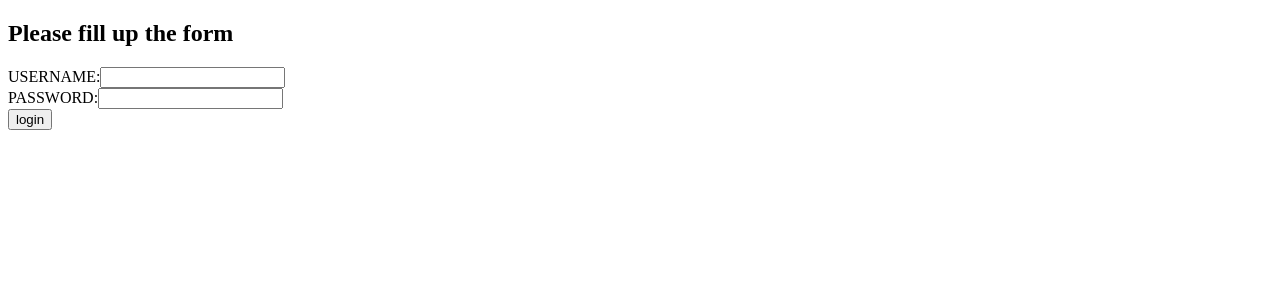
Repository: ShashantNagpure/AllProjects
Page: http://localhost/BookApplication/addBook.jsp
The author's editor kept a copy of each file at every save. The page is drawn from the files as they stood at one save, then again after the next save.
The browser window is 1280 px wide. The pictures show the whole page.
The page is served by Tomcat 9.

Above is the page before, as saved 2018-09-18 05:23:52.

After the next save:
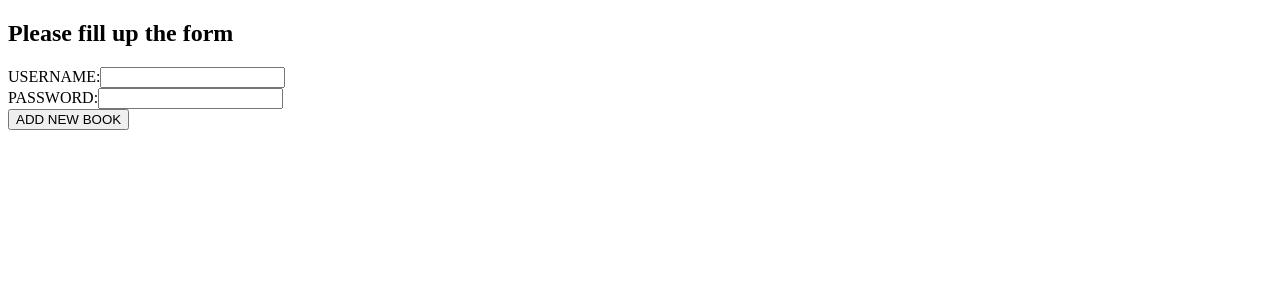
Saved 14 s later.
--- a/BookApplication/WebContent/addBook.jsp
+++ b/BookApplication/WebContent/addBook.jsp
@@ -11,7 +11,7 @@
 <form action="mydata" method="post">
 USERNAME:<input type="text" name="username"><br>
 PASSWORD:<input type="text" name="password"><br>
-<input type="submit" value="login">
+<input type="submit" value="ADD NEW BOOK">
 </form>
 
 </body>
